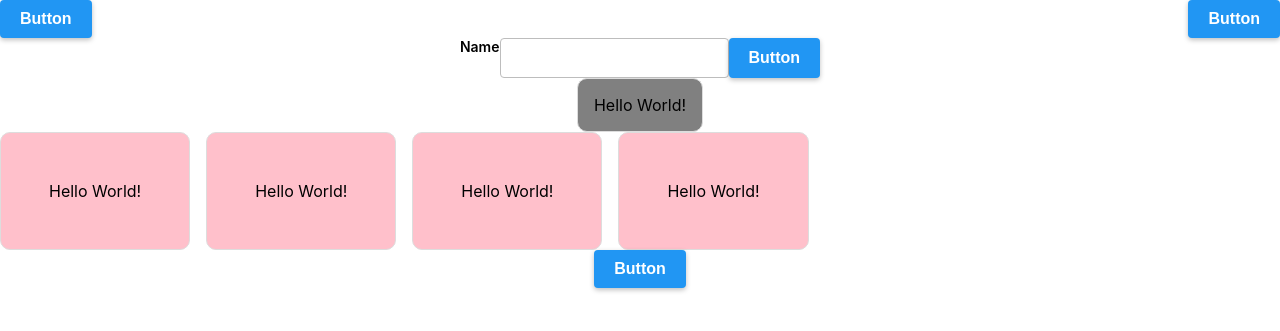
Repository: roistyx/react
Page: /layouts (app in layouts-app/)
The author's editor kept a copy of each file at every save. The page is drawn from the files as they stood at one save, then again after the next save.
The browser window is 1280 px wide. The pictures show the whole page.
The project was rebuilt for these pictures with package versions that can differ from the ones it lists, and the page was loaded fresh each time.

Above is the page before, as saved 2023-04-27 14:39:07.

After the next save:
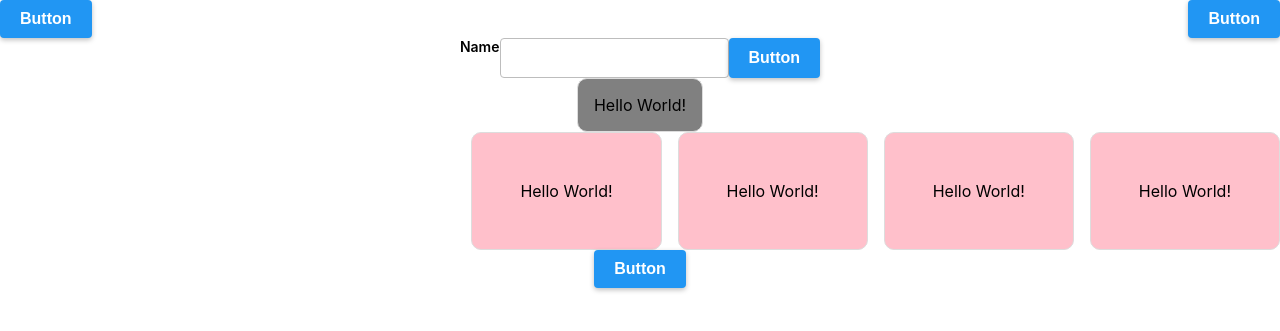
Saved 17 s later.
--- a/layouts-app/src/layouts/Line.css
+++ b/layouts-app/src/layouts/Line.css
@@ -5,8 +5,8 @@
 	align-items: center;
 }
 
-.Line.between {
-	justify-content: flex-start;
+.Line.flex-end {
+	justify-content: flex-end;
 }
 
 .Line.between {
